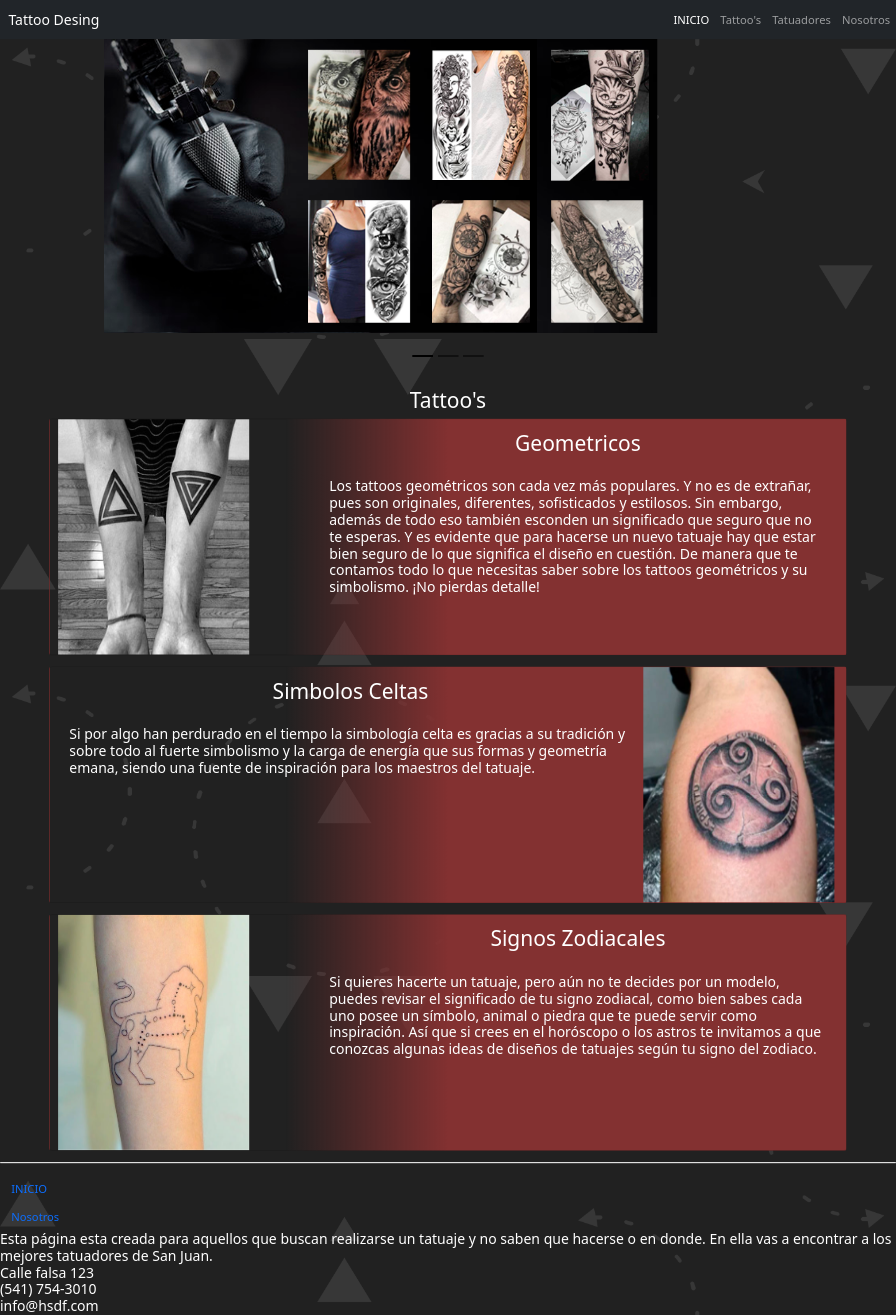
Repository: Vladimir-22/TatooDesign
Page: index.html
These files come from the project's save history. The page is drawn as it stood at one moment and after the next save; the edit follows.
The browser window is 1280 px wide. The pictures show the whole page, at 70% of full size.
Some web libraries are served in a nearby version.

Above is the page before, as saved 2021-05-19 20:38:38.

After the next save:
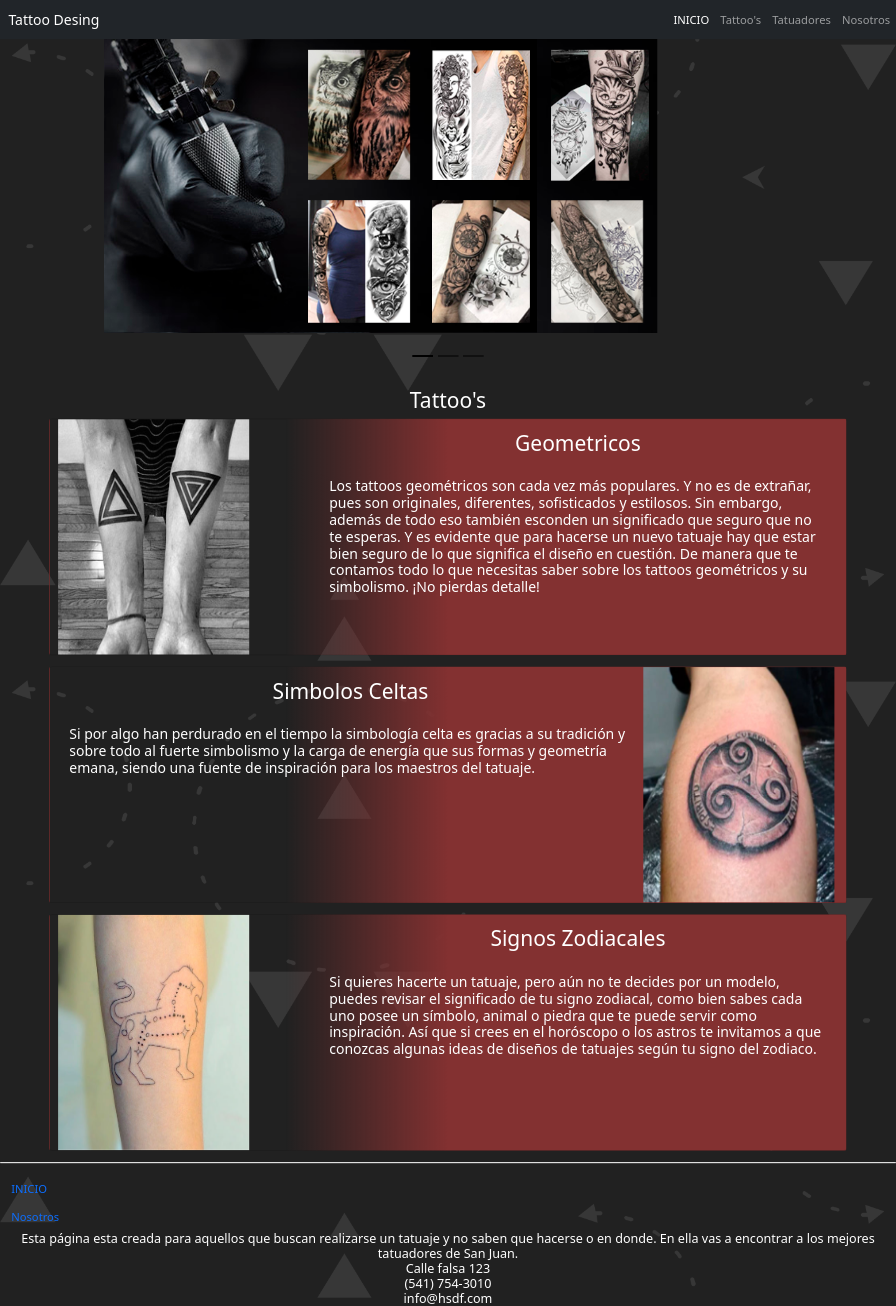
Saved 44 s later.
--- a/index.html
+++ b/index.html
@@ -184,12 +184,12 @@
 
     </div>
     <div class=>
-        <h5 id="descrip-gral" class="card-text">
+        <h3 id="descrip-gral" class="card-text">
             Esta página esta creada para aquellos que buscan realizarse un tatuaje y no saben que hacerse o en donde. En ella vas a encontrar a los mejores tatuadores de San Juan.<br>
             Calle falsa 123<br>
             (541) 754-3010<br>
             info@hsdf.com<br>
-        </h5>
+        </h3>
     </div>
 </footer>
 </html>
